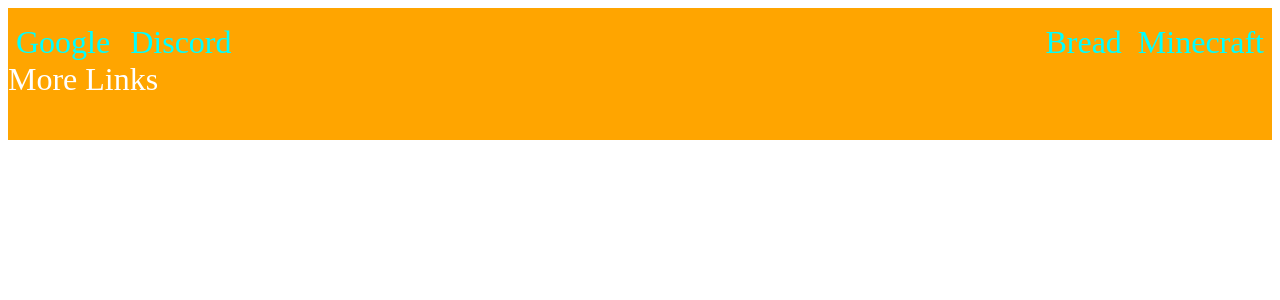
Repository: Starfishmas/Starfishmas.github.io
Page: index.html
The author's editor kept a record of every edit. The page is drawn from the files as they stood at one moment, then again after the next edit.
The browser window is 1280 px wide. The pictures show the whole page.

Above is the page before.

### index.html
<DOCTYPE! html>
<html>
<head>
    <title>Menu</title>
    <style>
        .navbar {background-color:orange; width:100%; height:100px; padding-top:16px; padding-bottom:16px;}
        .navbar a {color:cyan; font-size:32px; text-decoration:none; padding-left:8px; padding-right:8px}
        .navbar a:hover {background-color:pink;}
        .MoreLinks {Color:white; font-size:32px;}
        .morelinks:hover {background-color:pink;}
        .dropdown-content {display:block;}
        .dropdown-content {position:absolute;}
        .right {float:right;}


</style>
</head>
<body>
    <div class="navbar">
        <a href="https://www.google.com">Google</a>
        <a href="https://www.discordapp.com">Discord</a>
         <a href="https://www.minecraft.net" class="right">Minecraft</a>
        <a href="https://en.wikipedia.org/wiki/Bread" class="right">Bread</a>
        <div class="dropdown">
        <div class="morelinks">More Links</div>
        <div class="dropdown-content">

    </div>
    </div>


    </div>

</body>
</html>

After the next edit:
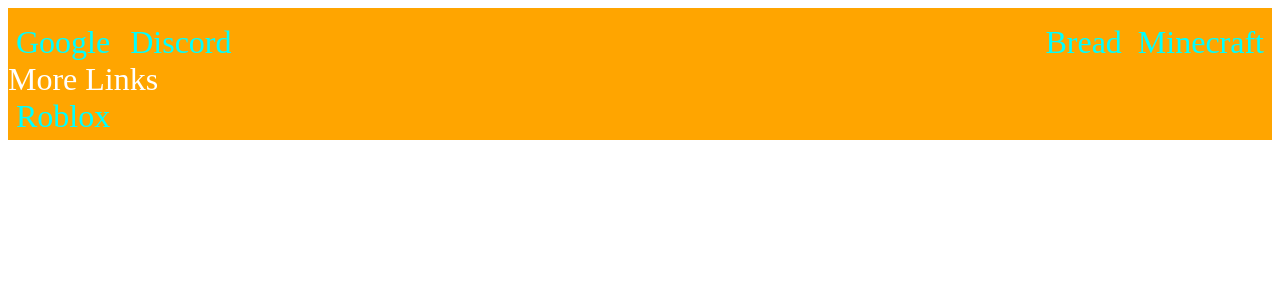
The edit:
--- a/index.html
+++ b/index.html
@@ -22,9 +22,10 @@
          <a href="https://www.minecraft.net" class="right">Minecraft</a>
         <a href="https://en.wikipedia.org/wiki/Bread" class="right">Bread</a>
         <div class="dropdown">
-        <div class="morelinks">More Links</div>
-        <div class="dropdown-content">
-
+            <div class="morelinks">More Links</div>
+            <div class="dropdown-content">
+               <a href="https://www.roblox.com">Roblox</a>
+               <a href="https://en.wikipedia.org/wiki/Purple"
     </div>
     </div>
 
